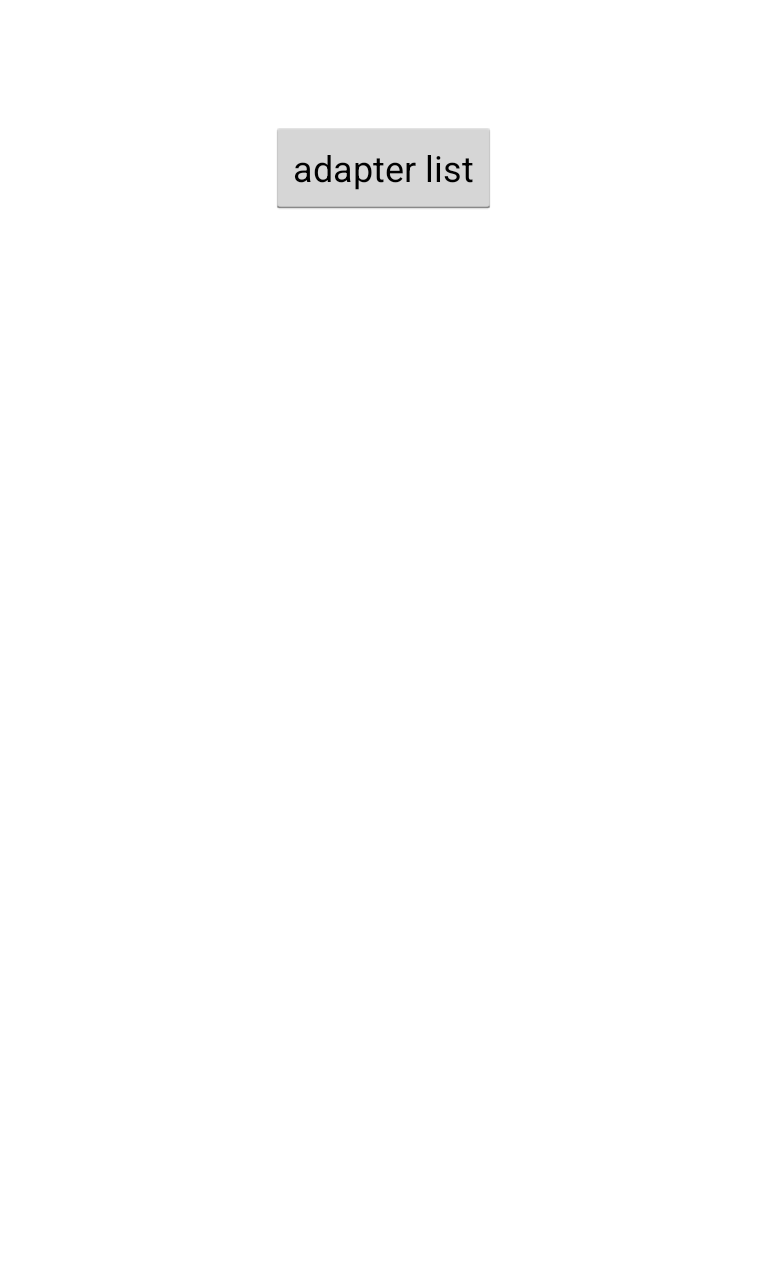
Repository: freelancer-dorian/exerciseAndroid
Layout: 05-20-UIBasic/List/res/layout/fragment_main.xml
The author's editor kept a copy of each file at every save. The layout is drawn from the files as they stood at one save, then again after the next save.
It is drawn on a 768 x 1280 px phone screen (xhdpi) without system bars, with theme AppTheme; the app's code is not run.

Above is the layout before, as saved 2014-05-21 04:01:46.

### 05-20-UIBasic/List/res/layout/fragment_main.xml
<RelativeLayout xmlns:android="http://schemas.android.com/apk/res/android"
    xmlns:tools="http://schemas.android.com/tools"
    android:layout_width="match_parent"
    android:layout_height="match_parent"
    android:paddingBottom="@dimen/activity_vertical_margin"
    android:paddingLeft="@dimen/activity_horizontal_margin"
    android:paddingRight="@dimen/activity_horizontal_margin"
    android:paddingTop="@dimen/activity_vertical_margin"
    tools:context="com.dorian.list.MainActivity$PlaceholderFragment" >

    <Button
        android:id="@+id/button1"
        android:layout_width="wrap_content"
        android:layout_height="wrap_content"
        android:layout_alignParentTop="true"
        android:layout_centerHorizontal="true"
        android:layout_marginTop="44dp"
        android:text="adapter list" />

</RelativeLayout>

Loaded but not shown: 05-20-UIBasic/List/res/values/styles.xml (common file); 05-20-UIBasic/List/res/values-v11/styles.xml (common file); 05-20-UIBasic/List/res/values-v14/styles.xml (common file); 05-20-UIBasic/List/res/values/dimens.xml (common file); 05-20-UIBasic/List/res/values-w820dp/dimens.xml (common file)

After the next save:
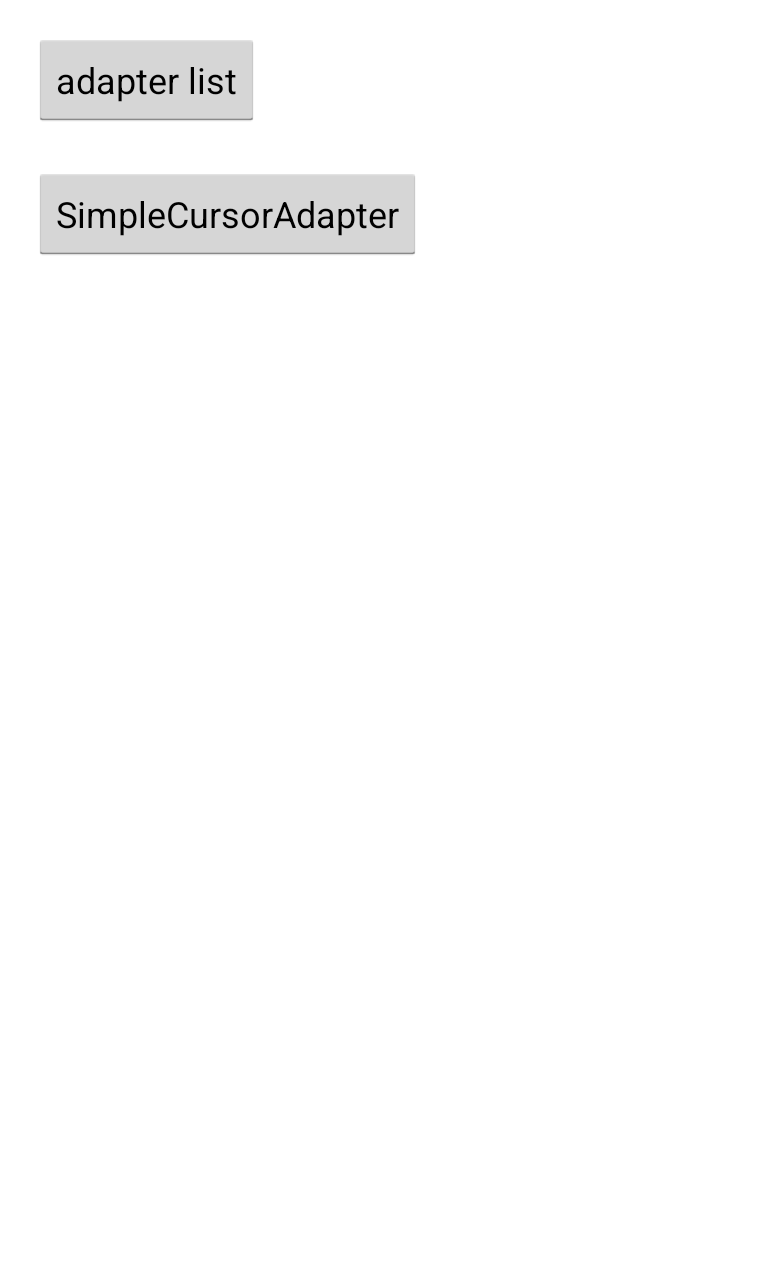
Saved 8 min 44 s later.
--- a/05-20-UIBasic/List/res/layout/fragment_main.xml
+++ b/05-20-UIBasic/List/res/layout/fragment_main.xml
@@ -9,12 +9,20 @@
     tools:context="com.dorian.list.MainActivity$PlaceholderFragment" >
 
     <Button
+        android:id="@+id/button2"
+        android:layout_width="wrap_content"
+        android:layout_height="wrap_content"
+        android:layout_alignLeft="@+id/button1"
+        android:layout_below="@+id/button1"
+        android:layout_marginTop="19dp"
+        android:text="SimpleCursorAdapter" />
+
+    <Button
         android:id="@+id/button1"
         android:layout_width="wrap_content"
         android:layout_height="wrap_content"
+        android:layout_alignParentLeft="true"
         android:layout_alignParentTop="true"
-        android:layout_centerHorizontal="true"
-        android:layout_marginTop="44dp"
         android:text="adapter list" />
 
 </RelativeLayout>
